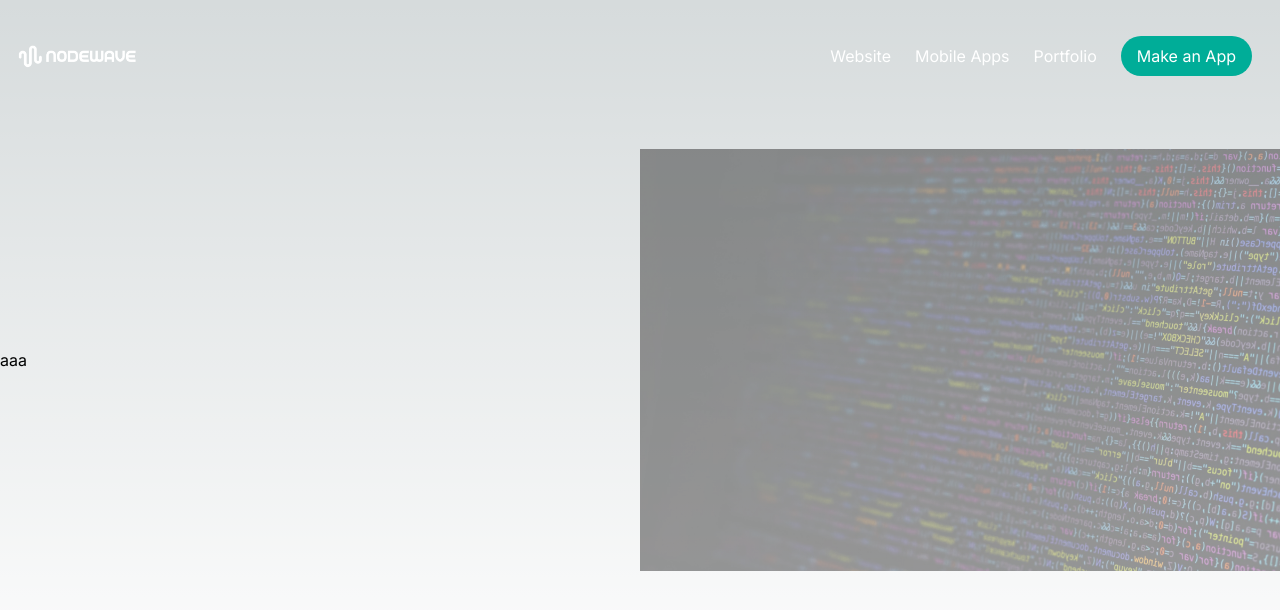
Repository: farrelmuhammad/nodewave
Page: /
These files come from the project's save history. The page is drawn as it stood at one moment and after the next save; the edit follows.
The browser window is 1280 px wide. The pictures show the whole page.
The project was rebuilt for these pictures with package versions that can differ from the ones it lists, and the page was loaded fresh each time. The framework's server and built-in components were replaced by stand-ins that run in the browser. Also part of the build but not shown: next.config.js.

Above is the page before, as saved 2023-09-08 13:06:38.

### src/app/page.js
import Hero from '@/components/Hero'
import Navbar from '@/components/Navbar'

export default function Home() {
  return (
    <>
      <Navbar />
      <Hero />
    </>
  )
}

### src/app/globals.css
@tailwind base;
@tailwind components;
@tailwind utilities;

@import url('https://fonts.googleapis.com/css2?family=Poppins:wght@300;400;500;600;700&display=swap');

:root {
  --foreground-rgb: 0, 0, 0;
  --background-start-rgb: 214, 219, 220;
  --background-end-rgb: 255, 255, 255;
  font-family: 'Poppins', sans-serif;
}

@media (prefers-color-scheme: dark) {
  :root {
    --foreground-rgb: 255, 255, 255;
    --background-start-rgb: 0, 0, 0;
    --background-end-rgb: 0, 0, 0;
  }
}

body {
  color: rgb(var(--foreground-rgb));
  background: linear-gradient(
      to bottom,
      transparent,
      rgb(var(--background-end-rgb))
    )
    rgb(var(--background-start-rgb));
}

@media only screen and (max-width: 768px) {
  .hero .hero-image,
  .hero .hero-caption {
    min-height: 90vh;
  }
  .hero .hero-cta {
    @apply w-12 h-12;
    transform: translateX(-75px) translateY(-50%);
    background-size: 37.5%;
  }
}

### src/components/Hero.jsx
import React from "react";
import Image from "next/image";

const Hero = () => {
  return (
    <main className="flex items-center h-screen hero">
      <div className="w-1/2">aaa</div>
      <div className="w-1/2">
        <div class="relative hero-image">
          <div class="overlay inset-0 bg-black opacity-35 z-10"></div>
          <img
            src="/assets/background.png"
            alt="hero 1"
            class="absolute inset-0 md:relative w-full h-full object-cover object-center"
          />
        </div>
      </div>
    </main>
  );
};

export default Hero;

### src/components/Navbar.jsx
import React from "react";
import Image from "next/image";

const Navbar = () => {
  return (
    <header class="absolute w-full z-50 px-4">
      <div class="container mx-auto py-5">
        <div class="flex flex-stretch items-center">
          <div class="w-56 items-center flex">
            <Image src="/assets/Logo.png" width={226} height={100} alt="Logo" />
          </div>
          <div class="w-full"></div>
          <div class="w-auto py-4">
            <ul
              class="fixed bg-white inset-0 flex flex-col invisible items-center justify-center opacity-0 md:visible md:flex-row md:bg-transparent md:relative md:opacity-100 md:flex md:items-center"
              id="menu"
            >
              <li class="mx-3 py-6 md:py-0">
                <a href="#" class="text-black md:text-white hover:underline">
                  Website
                </a>
              </li>
              <li class="mx-3 py-6 md:py-0">
                <a
                  href="#"
                  class="text-black md:text-white hover:underline whitespace-nowrap overflow-ellipsis"
                >
                  Mobile Apps
                </a>
              </li>
              <li class="mx-3 py-6 md:py-0">
                <a href="#" class="text-black md:text-white hover:underline">
                  Portfolio
                </a>
              </li>
              <li class="mx-3 py-6 md:py-0">
                <button class="px-4 py-2 bg-[#00AD98] rounded-full">
                  <a
                    href="#"
                    class="text-black md:text-white hover:underline whitespace-nowrap overflow-ellipsis"
                  >
                    Make an App
                  </a>
                </button>
              </li>
            </ul>
          </div>
          <div class="w-auto">
            <ul class="items-center flex">
              <li class="ml-6 block md:hidden">
                <button
                  id="menu-toggler"
                  class="relative flex z-50 items-center justify-center w-8 h-8 text-black md:text-white focus:outline-none"
                >
                  <svg
                    class="fill-current"
                    width="18"
                    height="17"
                    viewBox="0 0 18 17"
                  >
                    <path d="M15.9773 0.461304H1.04219C0.466585 0.461304 0 0.790267 0 1.19609C0 1.60192 0.466668 1.93088 1.04219 1.93088H15.9773C16.5529 1.93088 17.0195 1.60192 17.0195 1.19609C17.0195 0.790208 16.5529 0.461304 15.9773 0.461304Z" />
                    <path d="M15.9773 7.68802H1.04219C0.466585 7.68802 0 8.01698 0 8.42281C0 8.82864 0.466668 9.1576 1.04219 9.1576H15.9773C16.5529 9.1576 17.0195 8.82864 17.0195 8.42281C17.0195 8.01692 16.5529 7.68802 15.9773 7.68802Z" />
                    <path d="M15.9773 14.9147H1.04219C0.466585 14.9147 0 15.2437 0 15.6495C0 16.0553 0.466668 16.3843 1.04219 16.3843H15.9773C16.5529 16.3843 17.0195 16.0553 17.0195 15.6495C17.0195 15.2436 16.5529 14.9147 15.9773 14.9147Z" />
                  </svg>
                </button>
              </li>
            </ul>
          </div>
        </div>
      </div>
    </header>
  );
};

export default Navbar;

Loaded but not shown: src/app/layout.js (common file); tailwind.config.js (common file)

After the next save:
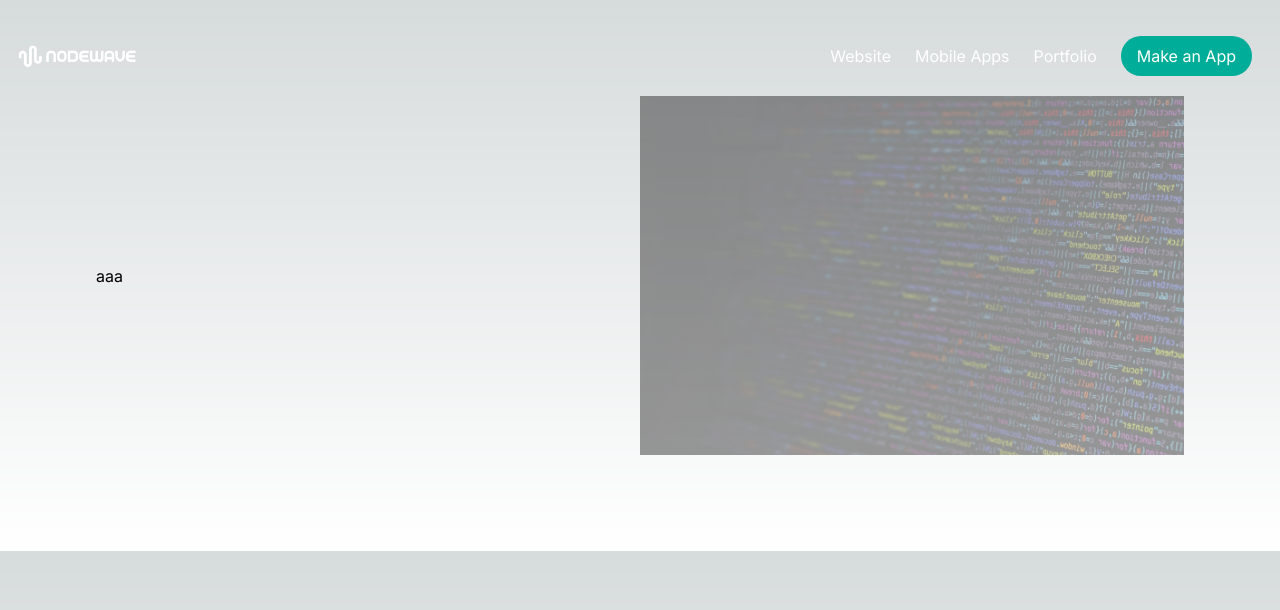
Saved 13 s later.
--- a/src/components/Hero.jsx
+++ b/src/components/Hero.jsx
@@ -3,7 +3,7 @@
 
 const Hero = () => {
   return (
-    <main className="flex items-center h-screen hero">
+    <main className="flex h-full items-center justify-between p-24 hero">
       <div className="w-1/2">aaa</div>
       <div className="w-1/2">
         <div class="relative hero-image">
